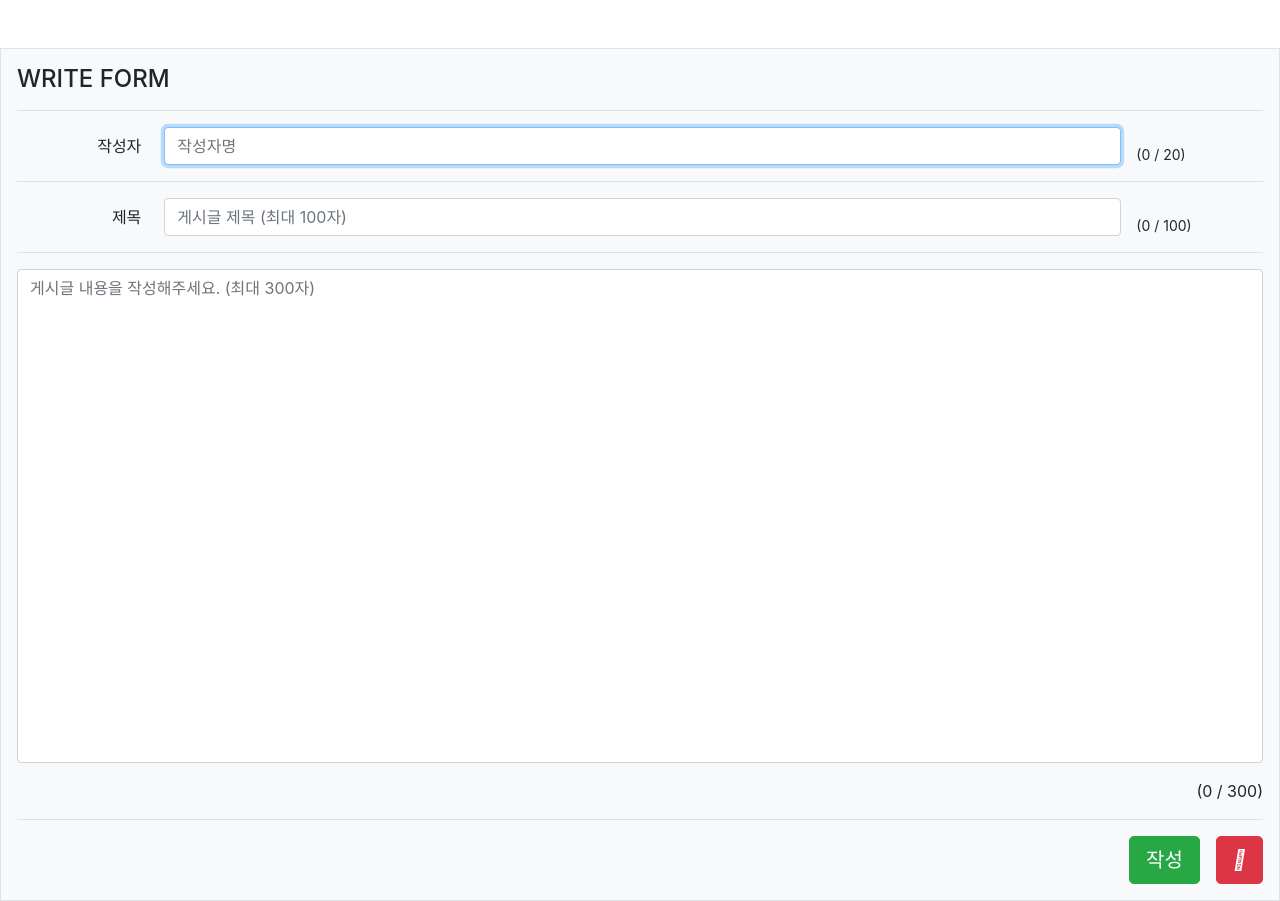
Repository: rasz60/ezen
Page: http://localhost/jspMVC/
An editor plug-in stored every save of this project. The page is shown before and after the next save, followed by the edit.
The browser window is 1280 px wide. The pictures show the whole page.
Some web libraries are served in a nearby version. The page is served by Tomcat 9. Other server files are loaded and not shown.

Above is the page before, as saved 2022-02-15 05:18:10.

### 04_jsp_servlet-workspace/jspMVC/src/main/webapp/writeForm.jsp
<%@ page language="java" contentType="text/html; charset=UTF-8"
    pageEncoding="UTF-8"%>
<%@ taglib prefix="c" uri="http://java.sun.com/jsp/jstl/core" %>
<%@ taglib prefix="fmt" uri="http://java.sun.com/jsp/jstl/fmt" %>
<%@ taglib prefix="sql" uri="http://java.sun.com/jsp/jstl/sql" %>
<%@ taglib prefix="x" uri="http://java.sun.com/jsp/jstl/xml" %>
<%@ taglib prefix="fn" uri="http://java.sun.com/jsp/jstl/functions" %>

<!DOCTYPE html>
<html lang="ko">
<head>
<meta charset="UTF-8">
<meta name="viewport" content="width=device-width, initial-scale=1">
<link rel="stylesheet" href="https://cdn.jsdelivr.net/npm/bootstrap@4.6.1/dist/css/bootstrap.min.css">
<link rel="stylesheet" href="https://pro.fontawesome.com/releases/v5.10.0/css/all.css"
	  integrity="sha384-AYmEC3Yw5cVb3ZcuHtOA93w35dYTsvhLPVnYs9eStHfGJvOvKxVfELGroGkvsg+p"
	  crossorigin="anonymous"/>
<script src="https://ajax.googleapis.com/ajax/libs/jquery/3.5.1/jquery.min.js"></script>
<script src="https://cdn.jsdelivr.net/npm/popper.js@1.16.1/dist/umd/popper.min.js"></script>
<script src="https://cdn.jsdelivr.net/npm/bootstrap@4.6.1/dist/js/bootstrap.bundle.min.js"></script>
<script type="text/javascript" src="script/board.js"></script>
<title>게시판 입력 Form</title>
<style>
@import url('https://fonts.googleapis.com/css2?family=Noto+Sans+KR:wght@100;300;400&display=swap');;
* {
	font-family: 'Noto Sans KR', sans-serif;
}

textarea {
	resize: none;
}
</style>
</head>

<body>

<div class="container-fluid p-3 border bg-light mt-5">
	<h4>WRITE FORM</h4>
	<hr />

	<form action="write.do" method="post" name="form">
		<div class="form-group row">
			<label for="bName" class="col-1 text-right ml-5 mr-2 my-auto" >작성자</label>
			<input type="text" name="bName" id="bName" class="form-control col-9" autofocus placeholder="작성자명"/>
			<small class="d-flex col-1 mt-auto" id="bNameCount">(0 / 20)</small>
		</div>
		<hr />
		<div class="form-group row">
			<label for="bTitle" class="col-1 text-right ml-5 mr-2 my-auto">제목</label>
			<input type="text" name="bTitle" id="bTitle" class="form-control col-9" placeholder="게시글 제목 (최대 100자)"/>
			<small class="d-flex col-1 mt-auto" id="bTitleCount">(0 / 100)</small>
		</div>
		<hr />
		<div class="form-group text-center">
			<textarea name="bContent" id="bContent" cols="100" rows="20" class="form-control" placeholder="게시글 내용을 작성해주세요. (최대 300자)"></textarea>
		</div>
		<span class="d-flex justify-content-end" id="bContentCount">(0 / 300)</span>
		<hr />
		<div class="d-flex justify-content-end">
			<input type="submit" value="작성" class="btn btn-success btn-lg mr-3" onclick="return checkWrite()" />
			<a href="list.do"><i class="fa-solid fa-align-justify btn btn-danger btn-lg"></i></a>
		</div>
	</form>
</div>
</body>
</html>

### 04_jsp_servlet-workspace/jspMVC/src/main/java/com/wvwv/jspMVC/controller/BFrontController.java
package com.wvwv.jspMVC.controller;

import java.io.IOException;

import javax.servlet.RequestDispatcher;
import javax.servlet.ServletException;
import javax.servlet.annotation.WebServlet;
import javax.servlet.http.HttpServlet;
import javax.servlet.http.HttpServletRequest;
import javax.servlet.http.HttpServletResponse;

import com.wvwv.jspMVC.command.BCommand;
import com.wvwv.jspMVC.command.BListCommand;
import com.wvwv.jspMVC.command.BWriteCommand;

/**
 * Servlet implementation class BFrontController
 */
@WebServlet("*.do")
public class BFrontController extends HttpServlet {
	private static final long serialVersionUID = 1L;

	BCommand command;

    /**
     * @see HttpServlet#HttpServlet()
     */
    public BFrontController() {
        super();
    }

	/**
	 * @see HttpServlet#doGet(HttpServletRequest request, HttpServletResponse response)
	 */
	protected void doGet(HttpServletRequest request, HttpServletResponse response) throws ServletException, IOException {
		System.out.println("doGet()");
		actionDo(request, response);
	}

	/**
	 * @see HttpServlet#doPost(HttpServletRequest request, HttpServletResponse response)
	 */
	protected void doPost(HttpServletRequest request, HttpServletResponse response) throws ServletException, IOException {
		System.out.println("doPost()");
		request.setCharacterEncoding("UTF-8");
		doGet(request, response);
	}

	protected void actionDo(HttpServletRequest request, HttpServletResponse response) throws ServletException, IOException {
		System.out.println("actionDo()");

		request.setCharacterEncoding("UTF-8");

		// RequestDispatcher로 이동할 페이지 url
		String viewPage = null;

		// request를 실제로 수행할 command class path
		BCommand command = null;

		// request uri(contextPath + command)에서 contextPath를 제외한 command 값만 저장
		String uri = request.getRequestURI();
		String cntxtPath = request.getContextPath();
		String cmd = uri.substring(cntxtPath.length());

		if( cmd.equals("/") ) {
			viewPage = "writeForm.jsp";
		} else if ( cmd.equals("/write.do") ) {
			// INSERT DB Command
			command = new BWriteCommand();
			command.execute(request, response);
			viewPage = "list.do";
		} else if ( cmd.equals("/list.do") ) {
			// SELECT DB Command
			command = new BListCommand();

			// SELECT DB execute, request set in LIST
			command.execute(request, response);
			viewPage = "list.jsp";
		}


		if ( viewPage == null ) {
			System.out.println("viewPage가 없습니다.");
		} else {
			RequestDispatcher dispatcher = request.getRequestDispatcher(viewPage);
			dispatcher.forward(request, response);
		}
	}
}

### 04_jsp_servlet-workspace/jspMVC/src/main/webapp/script/board.js
// writeForm.jsp : input value count method
$(document).ready(function() {
	$("#bName").keyup(function(e) {
		var content1 = $(this).val();
		$('#bNameCount').text("(" + content1.length + " / 20)");
		if (content1.length > 20) {
			alert("최대 20자까지 입력 가능합니다.");
			$(this).val(content1.substring(0, 20));
		}
	})

	$("#bTitle").keyup(function(e) {
		var content2 = $(this).val();
		$('#bTitleCount').text("(" + content2.length + " / 100)");
		if (content2.length > 100) {
			alert("최대 100자까지 입력 가능합니다.");
			$(this).val(content2.substring(0, 100));
		}
	})

	$("#bContent").keyup(function(e) {
		var content3 = $(this).val();
		$('#bContentCount').text("(" + content3.length + " / 300)");
		if (content3.length > 300) {
			alert("최대 300자까지 입력 가능합니다.");
			$(this).val(content3.substring(0, 300));
		}
	})
});



//writeForm.jsp : submit check method
function checkWrite() {
	if(document.form.bName.value.length == 0 || document.form.bName.value.length > 20) {
		alert("작성자명을 20자내로 입력하세요.");
		document.form.bName.focus();
		return false;
	}

	if(document.form.bTitle.value.length == 0 || document.form.bTitle.value.length > 100) {
		alert("제목을 100자내로 입력하세요.");
		document.form.bTitle.focus();
		return false;
	}

	if(document.form.bContent.value.length == 0 || document.form.bContent.value.length > 300) {
		alert("내용을 300자내로 입력하세요.");
		document.form.bContent.focus();
		return false;
	}
	return true;
};




// list.jps : post count method
$(document).ready(function() {
	let count = $('#boardTable tr:nth-child(2) td:nth-child(1)').text();
	$('#postCount').text("총 "+count+"개");
});

After the next save:
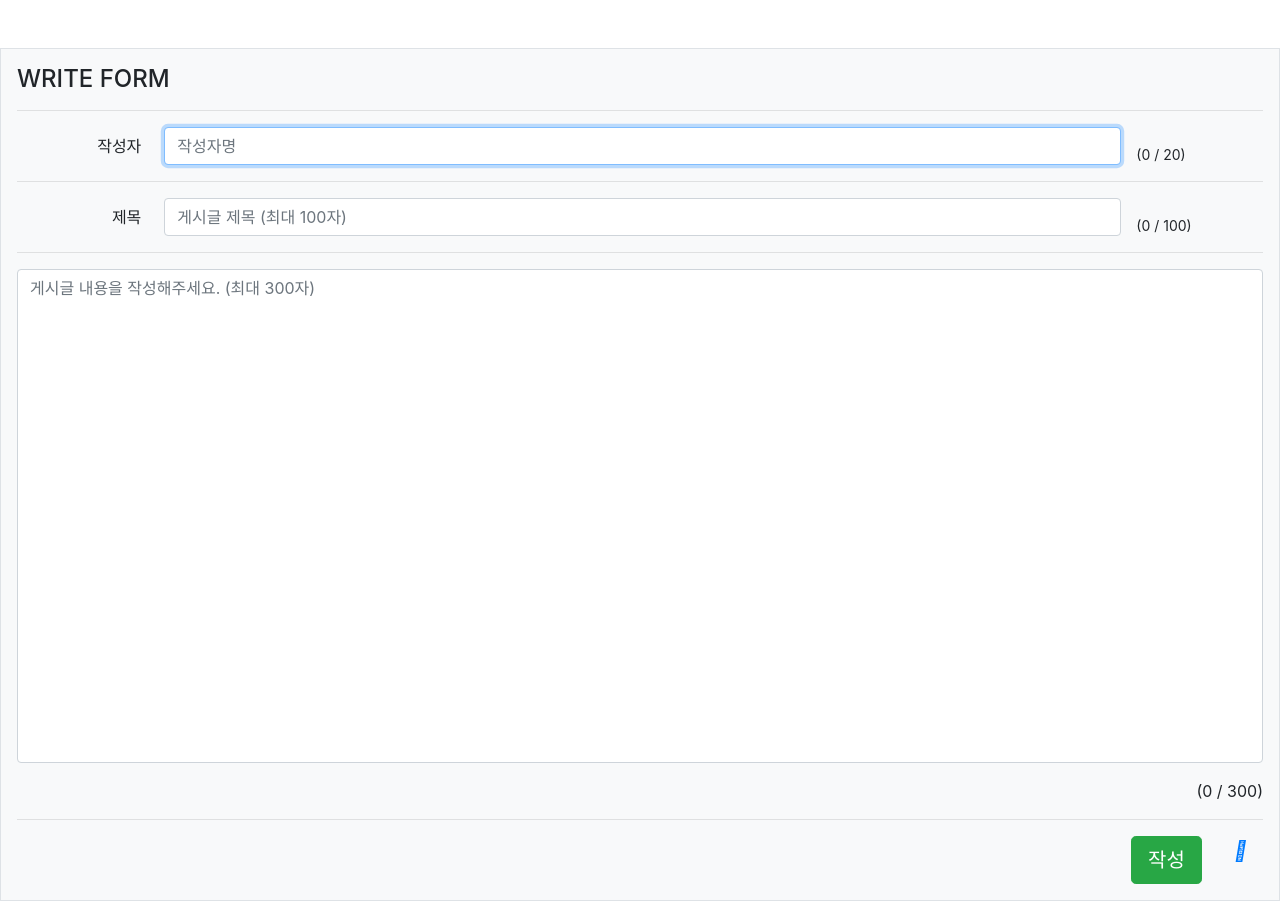
Saved 8 s later.
--- a/04_jsp_servlet-workspace/jspMVC/src/main/webapp/writeForm.jsp
+++ b/04_jsp_servlet-workspace/jspMVC/src/main/webapp/writeForm.jsp
@@ -58,7 +58,7 @@ textarea {
 		<hr />
 		<div class="d-flex justify-content-end">
 			<input type="submit" value="작성" class="btn btn-success btn-lg mr-3" onclick="return checkWrite()" />
-			<a href="list.do"><i class="fa-solid fa-align-justify btn btn-danger btn-lg"></i></a>
+			<a href="list.do"><i class="fa-solid fa-align-justify btn-lg"></i></a>
 		</div>
 	</form>
 </div>
